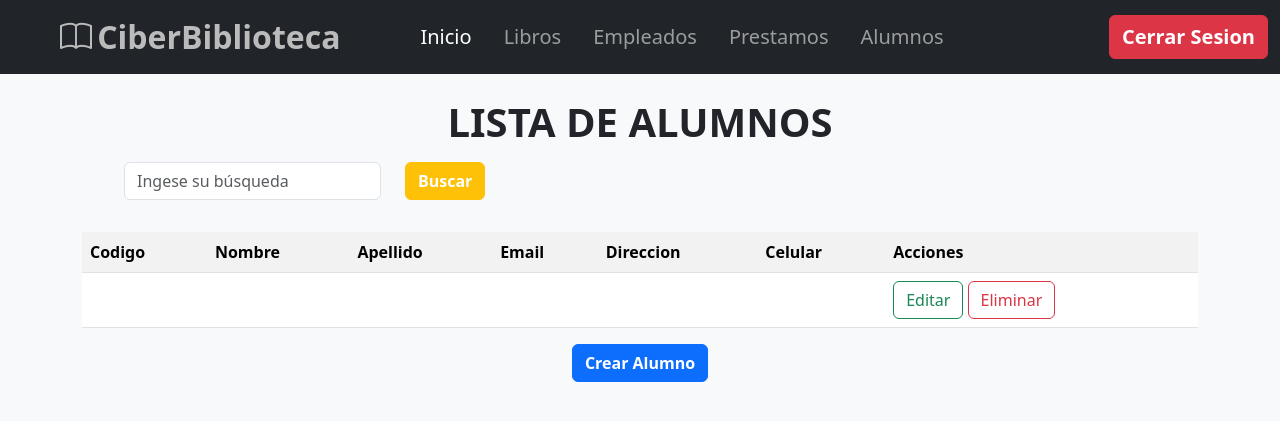
Repository: WilmerOcampo/LP1_Biblioteca
Page: http://localhost/Proyecto/listaAlumnos.jsp
An editor plug-in stored every save of this project. The page is shown before and after the next save, followed by the edit.
The browser window is 1280 px wide. The pictures show the whole page.
The page is served by Tomcat 10. Other server files are loaded and not shown.

Above is the page before, as saved 2023-05-31 16:29:24.

### Proyecto/src/main/webapp/listaAlumnos.jsp
<%@ page language="java" contentType="text/html; charset=ISO-8859-1"
    pageEncoding="ISO-8859-1"%>
<!DOCTYPE html>
<html>
<head>
<meta charset="ISO-8859-1">
<title>Alumnos</title>
<link href="https://cdn.jsdelivr.net/npm/bootstrap@5.3.0-alpha3/dist/css/bootstrap.min.css" rel="stylesheet"
    integrity="sha384-KK94CHFLLe+nY2dmCWGMq91rCGa5gtU4mk92HdvYe+M/SXH301p5ILy+dN9+nJOZ" crossorigin="anonymous">
<link rel="stylesheet" href="https://cdn.jsdelivr.net/npm/bootstrap-icons@1.8.1/font/bootstrap-icons.css">
</head>

<body class="bg-light">

<!-- Inicio del menu -->
      <nav class="navbar navbar-expand-md navbar-dark bg-dark">
        <div class="container-fluid">

        <!-- icono o nombre -->
        <a class="navbar-brand" href="#" style="padding-left: 3rem; padding-right: 3rem;">
            <i class="bi bi-book" style="font-size: 2rem; color:#bbb"></i>
            <span style="font-size: 2rem; color:#bbb"><b>CiberBiblioteca</b></span>
          </a>

        <!-- boton del menu -->
        <button class="navbar-toggler" type="button" data-bs-toggle="collapse" data-bs-target="#menu" aria-controls="navbarSupportedContent" aria-expanded="false" aria-label="Toggle navigation">
            <span class="navbar-toggler-icon"></span>
        </button>

          <!-- elementos del menu colapsable -->
        <div class="collapse navbar-collapse" id="menu">
            <ul class="navbar-nav me-auto" style="font-size: 20px">
                  <li class="nav-item" style="margin:0 0.5rem">
                    <a class="nav-link active" aria-current="page" href="index.jsp">Inicio</a>
                  </li>
                  <li class="nav-item" style="margin:0 0.5rem">
                    <a class="nav-link" href="listaLibros.jsp">Libros</a>
                  </li>
                  <li class="nav-item" style="margin:0 0.5rem">
                    <a class="nav-link" href="listaEmpleados.jsp">Empleados</a>
                  </li>
                  <li class="nav-item" style="margin:0 0.5rem">
                    <a class="nav-link" href="listaPrestamos.jsp">Prestamos</a>
                  </li>
                  <li class="nav-item" style="margin:0 0.5rem">
                    <a class="nav-link" href="listaAlumnos.jsp">Alumnos</a>
                  </li>
                 </ul>

          <hr class="d-md-none text-white-50">

         <!--boton Informacion -->
          <form class="d-flex">
            <button class="btn btn-danger d-none d-md-inline-block " type="submit" style="font-size: 20px; font-weight:600"><a href="login.jsp" style="text-decoration: none; color: #fff">Cerrar Sesion</a></button>
          </form>
        </div>
        </div>
      </nav>

	<br>
    <h1 class="d-flex justify-content-center" style="text-transform: uppercase;"><strong>Lista de Alumnos</strong></h1>

    <nav class="navbar">
        <div class="container-fluid">
            <form class="d-flex" role="search" style="margin-left: 7rem">
                <input class="form-control me-4" type="search" placeholder="Ingese su búsqueda" aria-label="Search">
                <button class="btn btn-warning" type="submit" style="color: #fff; font-weight:600">Buscar</button>
            </form>
        </div>
    </nav><br>

    <div class="container">

        <table class="table table-striped">
            <tr>
                <th scope="col">Codigo</th>
                <th scope="col">Nombre</th>
                <th scope="col">Apellido</th>
                <th scope="col">Email</th>
                <th scope="col">Direccion</th>
                <th scope="col">Celular</th>
                <th scope="col">Acciones</th>
            </tr>

            <tr>
                <th></th>
                <td></td>
                <td></td>
                <td></td>
                <td></td>
                <td></td>
                <td><a class="btn btn-outline-success" href="">Editar</a>
                    <a class="btn btn-outline-danger" href="#" onclick="confirmarEliminacion()">Eliminar</a>
                </td>
            </tr>
        </table>

        <div class="d-flex justify-content-center">
            <input class="btn btn-primary" type="button" value="Crear Alumno" style="color: #fff; font-weight:600"
                onclick="window.location.href='registrarAlumno.jsp'">
        </div>

    </div>

    <script src="https://cdn.jsdelivr.net/npm/bootstrap@5.3.0-alpha3/dist/js/bootstrap.bundle.min.js"
        integrity="sha384-ENjdO4Dr2bkBIFxQpeoTz1HIcje39Wm4jDKdf19U8gI4ddQ3GYNS7NTKfAdVQSZe"
        crossorigin="anonymous"></script>

<script>
	function confirmarEliminacion(codigo) {
		if (confirm("¿Estás seguro de que deseas eliminar este registro?")) {
			window.location.href = "ControladorClientes?instruccion=eliminar&codigo=" + codigo;
		}
	}
</script>

</body>
</html>

After the next save:
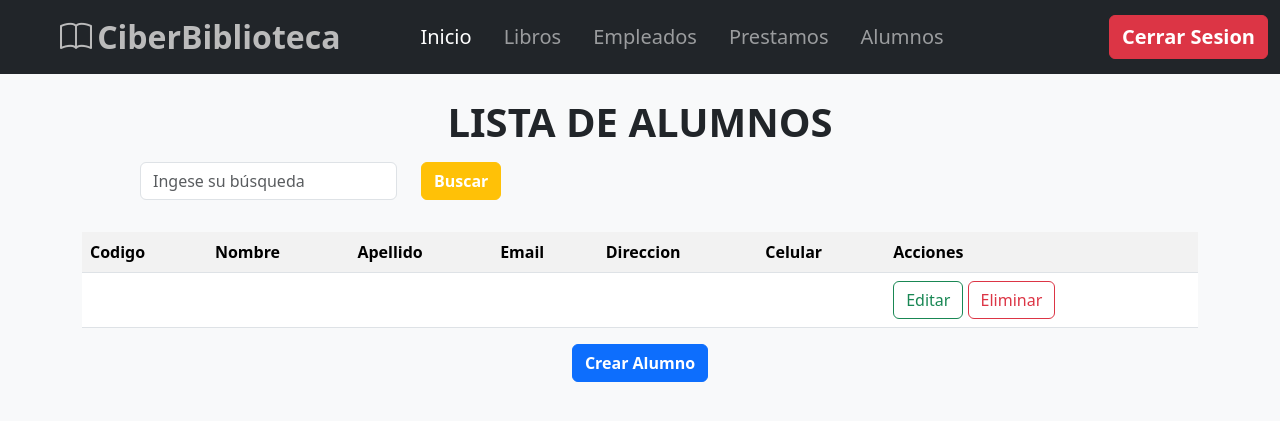
Saved 14 s later.
--- a/Proyecto/src/main/webapp/listaAlumnos.jsp
+++ b/Proyecto/src/main/webapp/listaAlumnos.jsp
@@ -62,7 +62,7 @@
 
     <nav class="navbar">
         <div class="container-fluid">
-            <form class="d-flex" role="search" style="margin-left: 7rem">
+            <form class="d-flex" role="search" style="margin-left: 8rem">
                 <input class="form-control me-4" type="search" placeholder="Ingese su búsqueda" aria-label="Search">
                 <button class="btn btn-warning" type="submit" style="color: #fff; font-weight:600">Buscar</button>
             </form>
